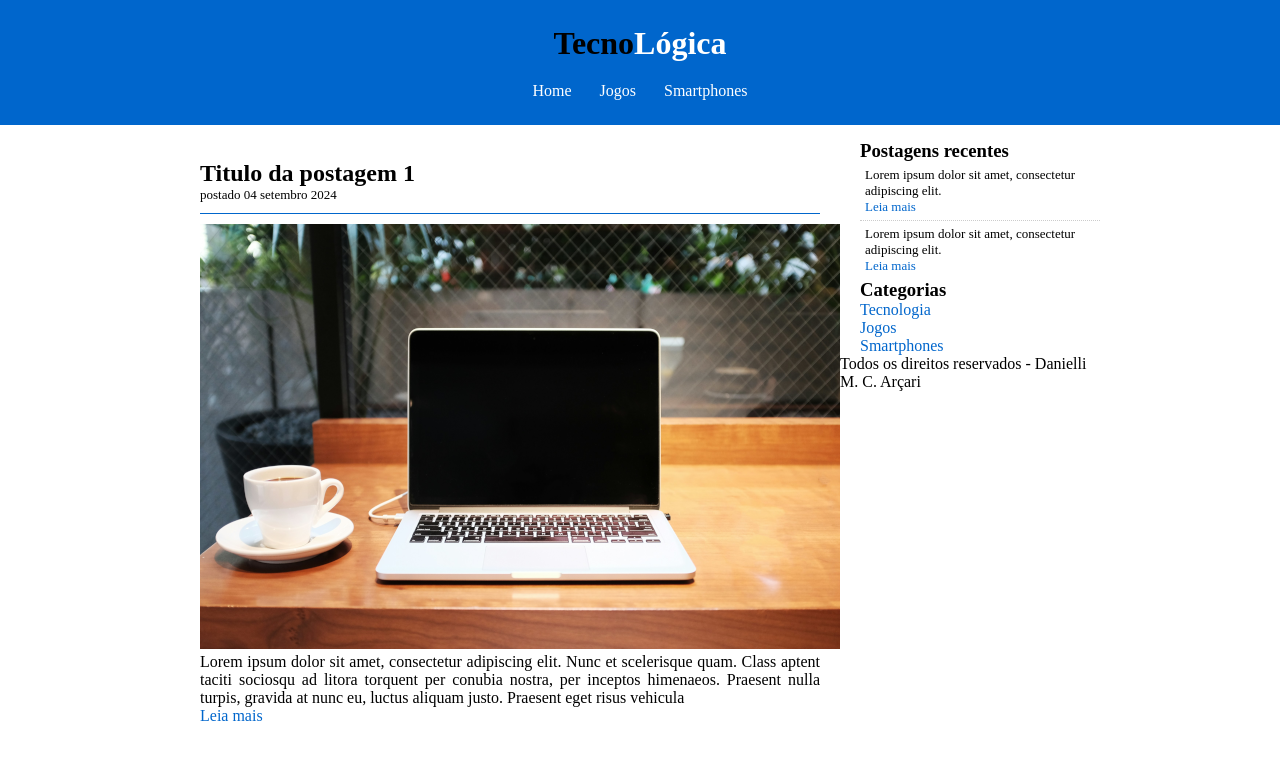
Repository: danielli-arcari/blog-html-css
Page: index.html
An editor plug-in stored every save of this project. The page is shown before and after the next save, followed by the edit.
The browser window is 1280 px wide. The pictures show the whole page.

Above is the page before, as saved 2026-03-10 16:45:34.

After the next save:
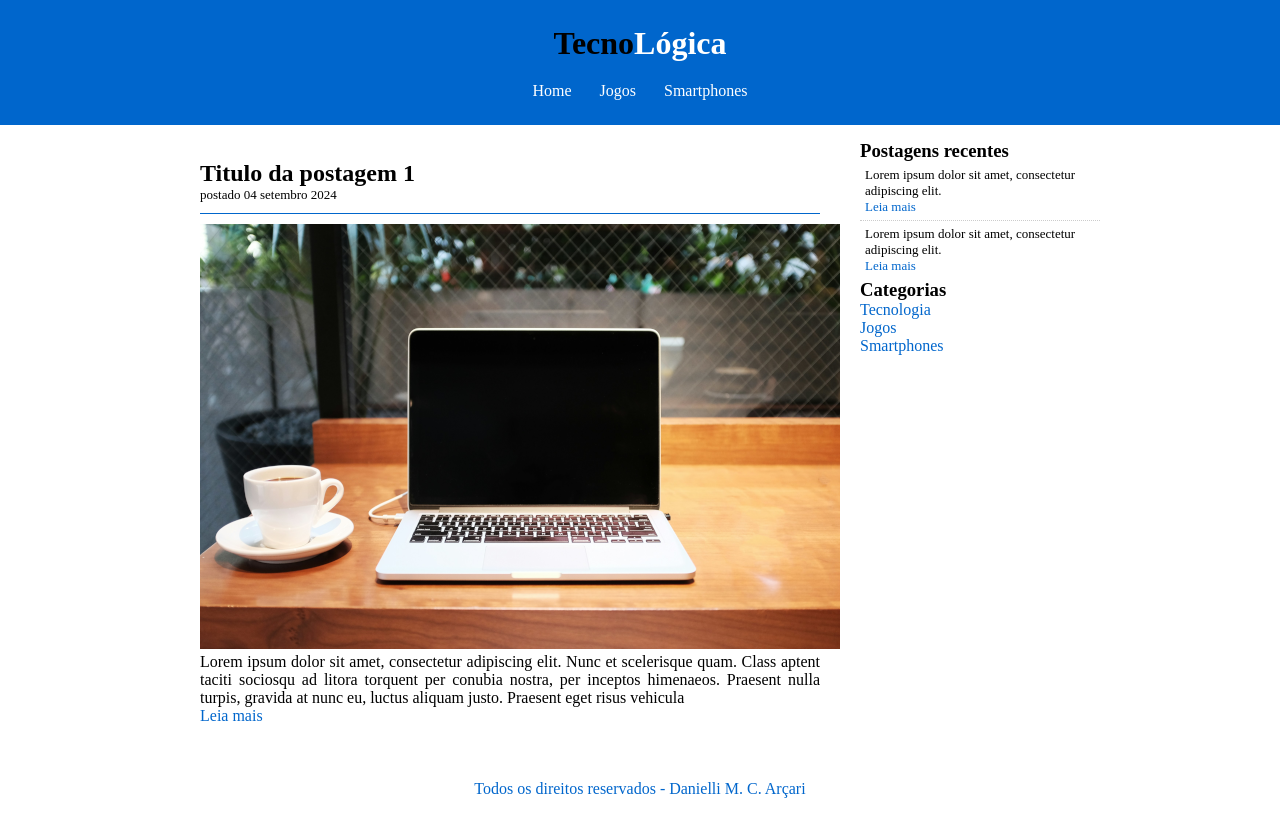
Saved 2 min 26 s later.
--- a/css/style.css
+++ b/css/style.css
@@ -98,3 +98,14 @@ a:link, a:visited{
 a:hover{
     text-decoration: underline;
 }
+
+/*
+***Footer***
+*/
+#footer{
+    clear: both;
+    text-align: center;
+    padding: 15px;
+    background:#FFFFFF;
+    color: #0066CC;
+}
